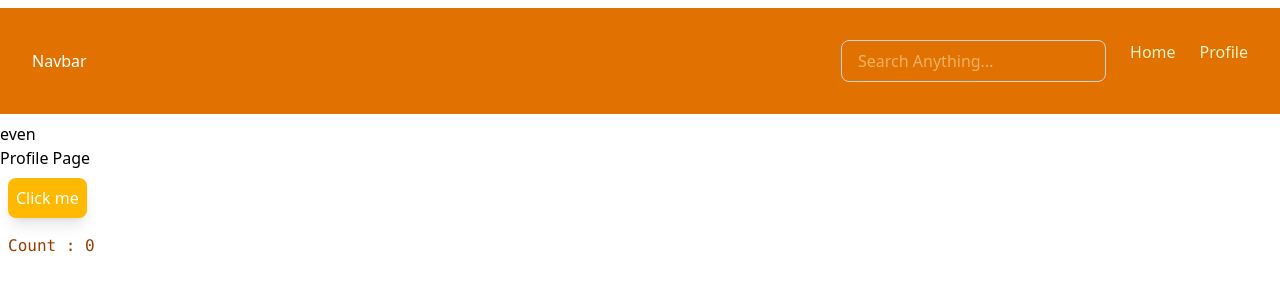
Repository: samit2059/CollegeReact
Page: / (app in react/collegereact/)
An editor plug-in stored every save of this project. The page is shown before and after a run of saves, followed by the edit.
The browser window is 1280 px wide. The pictures show the whole page.
The project was rebuilt for these pictures with package versions that can differ from the ones it lists, and the page was loaded fresh each time. Also part of the build but not shown: react/collegereact/vite.config.js, react/collegereact/src/App.jsx, react/collegereact/src/navbar.jsx, react/collegereact/src/Props Example/First.jsx, react/collegereact/src/Props Example/Second.jsx.

Above is the page before, as saved 2026-01-21 11:01:17.

After the next 5 saves:
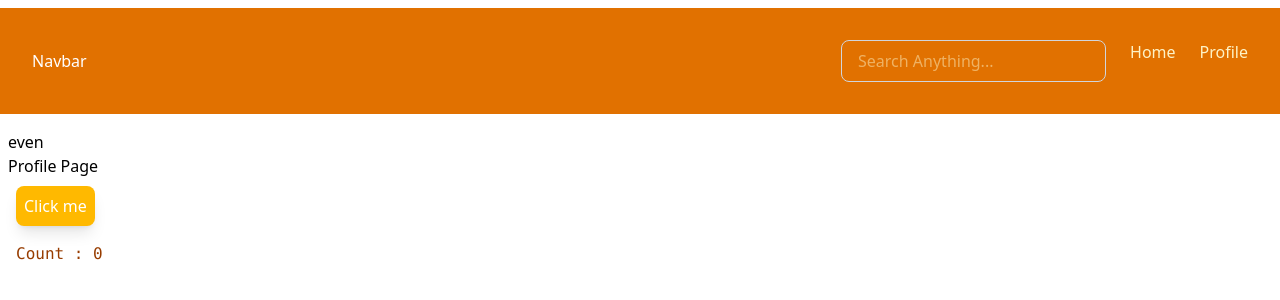
The 5 saves are shown as one change because they came seconds apart.
The last was saved 91 s later.
--- a/react/collegereact/src/StateExamples/profile.jsx
+++ b/react/collegereact/src/StateExamples/profile.jsx
@@ -3,7 +3,7 @@ import { useState } from "react"
 let Profile = () =>{
     const [count, setCount] = useState(0);
     return (
-        <div>
+        <div className="p-2 bg-p">
             {count%2 == 0 ? <h2>even</h2> : <h2>ODD</h2>}
             <h1>Profile Page</h1>
             <button onClick={() => setCount(count+1)} className="p-2 m-2 bg-amber-400 font-medium rounded-lg shadow-lg text-white">Click me</button>
